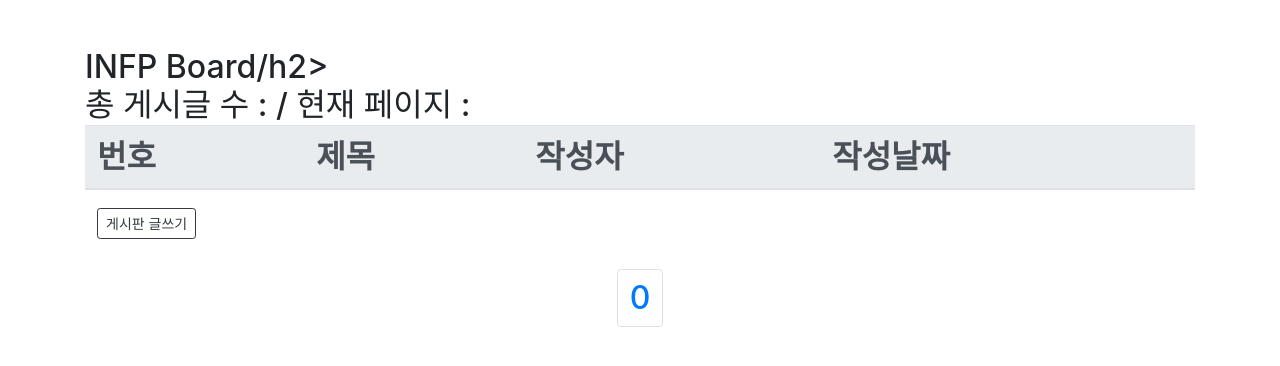
Repository: orchidHYE/MBTI
Page: http://localhost/mbti/WEB-INF/views/infp/infpBoardList.jsp
An editor plug-in stored every save of this project. The page is shown before and after the next save, followed by the edit.
The browser window is 1280 px wide. The pictures show the whole page.
The page is served by Tomcat 9. Nobody is signed in. The template is opened directly, without the code that normally fills it, so the values that code supplies are empty.

Above is the page before, as saved 2023-08-14 07:04:47.

After the next save:
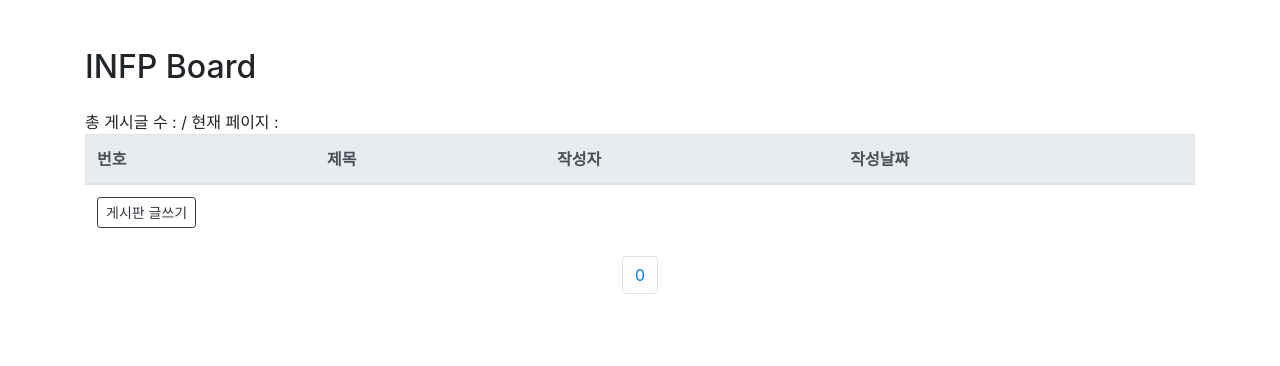
Saved 7 s later.
--- a/MBTIPro/mbti/src/main/webapp/WEB-INF/views/infp/infpBoardList.jsp
+++ b/MBTIPro/mbti/src/main/webapp/WEB-INF/views/infp/infpBoardList.jsp
@@ -16,7 +16,7 @@
 <body>
 	<div class="container">
 	<!-- page title -->
-	<h2 class="mt-5 mb-4">INFP Board/h2>
+	<h2 class="mt-5 mb-4">INFP Board</h2>
 	<!-- 목록의 경우에 사용 -->
 	<!-- board List table -->
 		<div>총 게시글 수 : ${boardPage.total}		/			현재 페이지 :  ${nowPage}</div>
